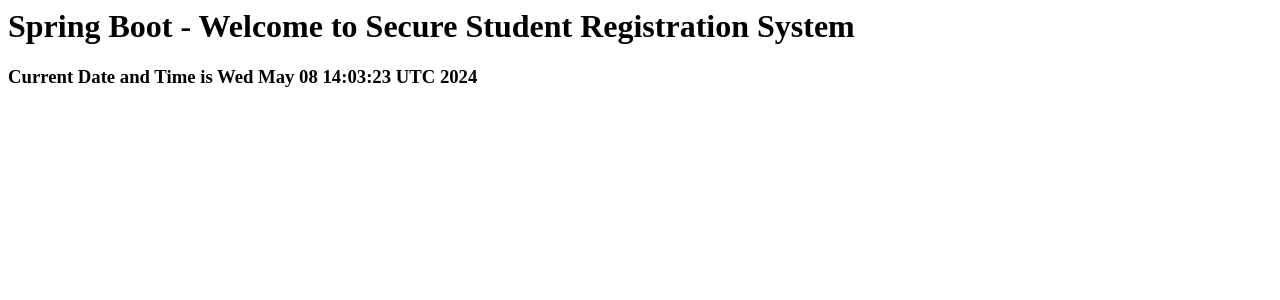
Repository: jalajakshi3012/jalajakshichisti_BED_LAB6
Page: http://localhost/StudentRegistration/WEB-INF/views/welcome.jsp
The author's editor kept a copy of each file at every save. The page is drawn from the files as they stood at one save, then again after the next save.
The browser window is 1280 px wide. The pictures show the whole page.
The page is served by Tomcat 10. Nobody is signed in. Other server files are loaded and not shown. The template is opened directly, without the code that normally fills it, so the values that code supplies are empty.

Above is the page before, as saved 2024-05-08 14:29:42.

### StudentRegistration/src/main/webapp/WEB-INF/views/welcome.jsp
<%@ page import="java.util.Date"%>

<html>

<body>
	<h1>Spring Boot - Welcome to Secure Student Registration System</h1>

	<%
        Date date = new Date();
    %>

	<h3>
		Current Date and Time is
		<%=date%>
	</h3>
</body>

</html>

After the next save:
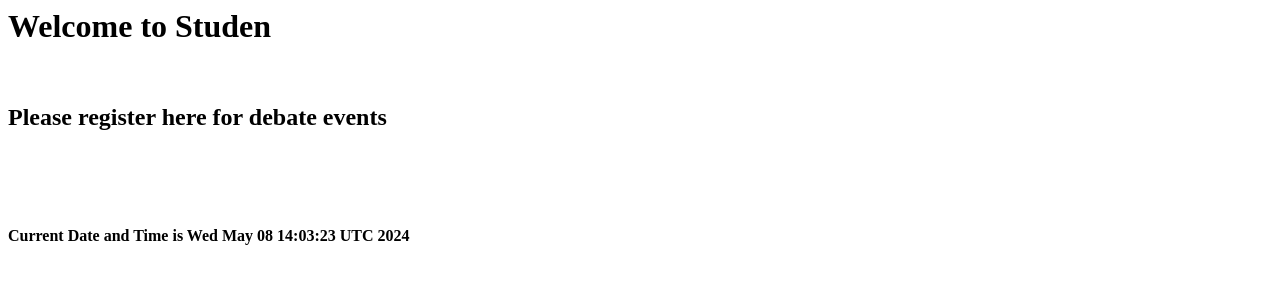
Saved 3 min 15 s later.
--- a/StudentRegistration/src/main/webapp/WEB-INF/views/welcome.jsp
+++ b/StudentRegistration/src/main/webapp/WEB-INF/views/welcome.jsp
@@ -3,16 +3,21 @@
 <html>
 
 <body>
-	<h1>Spring Boot - Welcome to Secure Student Registration System</h1>
+	<h1>Welcome to Studen</h1>
+	<br>
+	<h2>Please register here for debate events</h2>
 
 	<%
-        Date date = new Date();
-    %>
+	Date date = new Date();
+	%>
 
-	<h3>
+	<br>
+	<br>
+	<br>
+	<h4>
 		Current Date and Time is
 		<%=date%>
-	</h3>
+	</h4>
 </body>
 
 </html>
